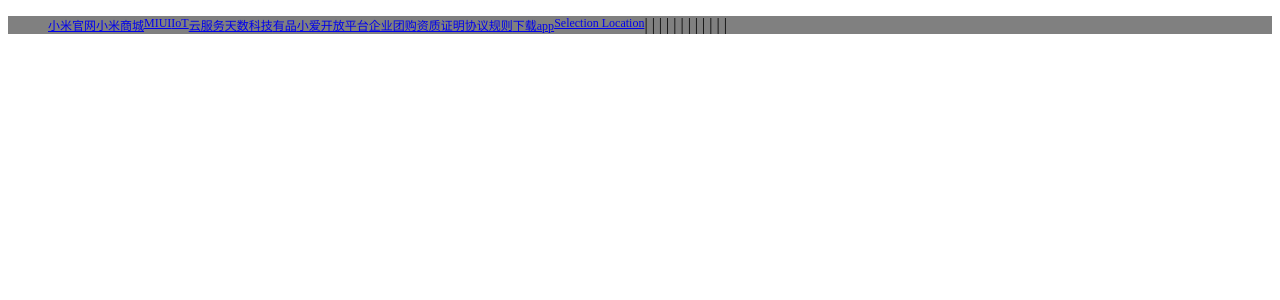
Repository: MonoYan/Mi-Homepage
Page: index.html
The author's editor kept a copy of each file at every save. The page is drawn from the files as they stood at one save, then again after the next save.
The browser window is 1280 px wide. The pictures show the whole page.

Above is the page before, as saved 2022-11-22 16:22:57.

After the next save:
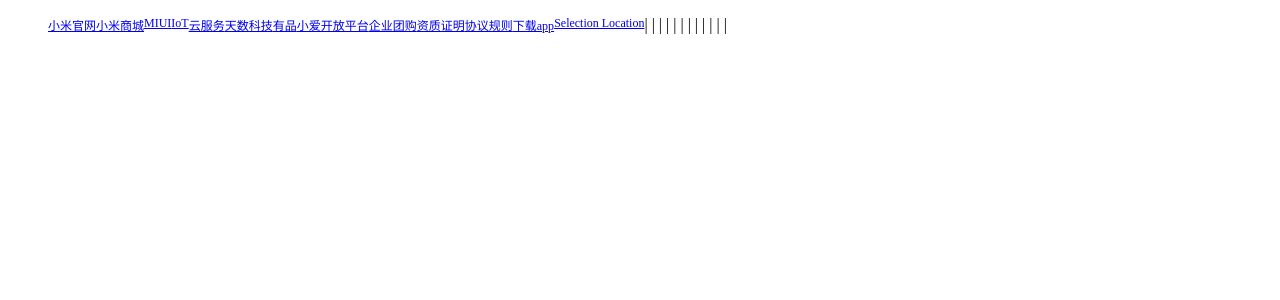
Saved 13 s later.
--- a/css/style.css
+++ b/css/style.css
@@ -6,6 +6,7 @@
     color: #b0b0b0;
     text-decoration: none;
 }
+.topbar-nav li
 .container
 {
     background-color: gray;

After the 4 saves that followed:
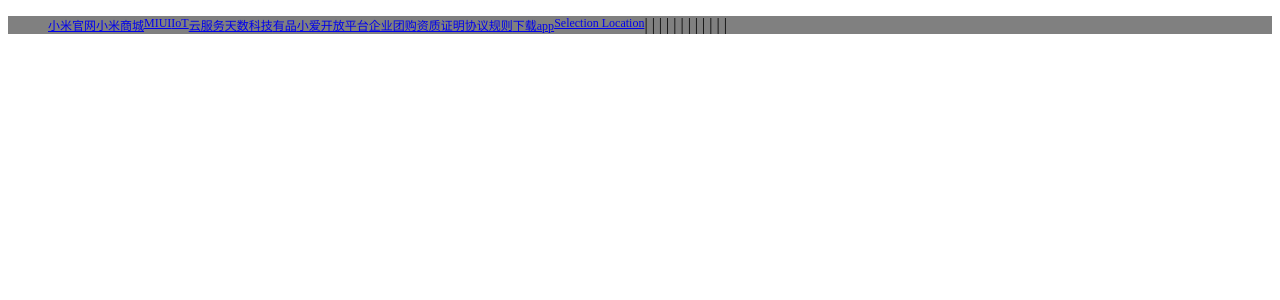
The 4 saves are shown as one change because 1 left the picture as it was and some came seconds apart.
The last was saved 32 s later.
--- a/css/style.css
+++ b/css/style.css
@@ -6,7 +6,10 @@
     color: #b0b0b0;
     text-decoration: none;
 }
-.topbar-nav li
+.noDecoration
+{
+
+}
 .container
 {
     background-color: gray;
